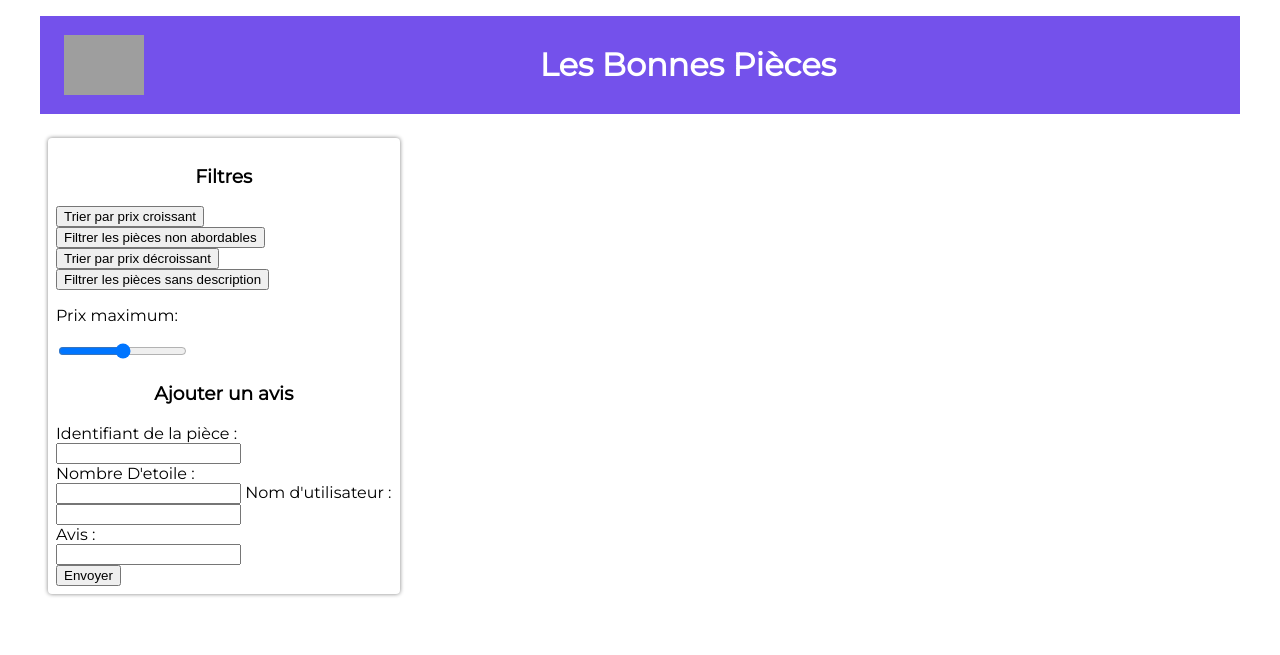
Repository: khadyba/Javascrip
Page: 7697016-Front-End.1/index.html
These files come from the project's save history. The page is drawn as it stood at one moment and after a run of saves; the edit follows.
The browser window is 1280 px wide. The pictures show the whole page.
Pictures or frames that could not be fetched are drawn as grey boxes. The page's requests for data from a server got no answer.

Above is the page before, as saved 2024-09-18 14:51:56.

### 7697016-Front-End.1/index.html
<!DOCTYPE html>
<html lang="fr">
	<head>
		<meta charset="utf-8">
		<title>Les Bonnes Pièces</title>
		<link rel="stylesheet" href="styles.css">
		<script type="module" src="pieces.js"></script>
	</head>
	<body>
		<header>
			<img src="images/logo-les-bonnes-pieces.png" alt="LOGO">
			<h1>Les Bonnes Pièces</h1>
		</header>
		<main>
			<!-- Menu de recherche -->
			<section class="filtres">
				<h3>Filtres</h3>
				<button class="btn-trier">Trier par prix croissant</button>
				<br>
				<button class="btn-filtrer">Filtrer les pièces non abordables</button>
				<br>
				<button class="btn-decroissant">Trier par prix décroissant</button>
				<br>
				<button class="btn-nodesc">Filtrer les pièces sans description</button>
				<br>
				<p>Prix maximum:</p>
				<input type="range" name="prix-max" id="prix-max" min="0" max="60" step="5">
				<!-- code a ajouter -->
				<h3>Ajouter un avis</h3>
				<form class="formulaire-avis">
					Identifiant de la pièce :<br>
					<input type="number" name="piece-id"><br>
					Nombre D'etoile : <br>
					<input type="number" name="etoile">
					Nom d'utilisateur :<br>
					<input type="text" name="utilisateur"><br>
					Avis :<br>
					<input type="text" name="commentaire"><br>
					<button>Envoyer</button>
				</form>
			</section>

			<!-- Fiches produits -->
			<section class="fiches">
				<!-- Code ajouté -->
				<div class="abordables">

				</div>
				<div class="disponibles">

				</div>
			</section>
		</main>
	</body>
</html>

### 7697016-Front-End.1/styles.css
@import url('https://fonts.googleapis.com/css2?family=Montserrat&display=swap');

body {
	max-width: 1200px;
	margin: auto;
	padding: 16px;
	font-family: 'Montserrat', sans-serif;
}

header {
	display: flex;
	flex-direction: row;
	align-items: center;
	margin-bottom: 16px;
	padding: 8px;
	background-color: #7451eb;
	text-align: center;
	color: white;
}
header img {
	height: 60px;
	margin-left: 1rem;
}
header h1 {
	flex-grow: 1;
}

main {
	display: flex;
	flex-direction: row;
}

.filtres {
	border-radius: 4px;
	box-shadow: 0px 0px 4px gray;
	margin: 8px;
	padding: 8px;
	min-width: 300px;
	min-height: 400px;
}
.filtres h3 {
	text-align: center;
}

.fiches {
	flex: 1;
	margin: 8px;
	display: grid;
	grid-template-columns: repeat(3, 1fr);
	gap: 4px;
}
.fiches article {
	border: 1px solid black;
	padding: 4px;
}
.fiches article img {
	display: block;
	margin-left: auto;
	margin-right: auto;
	max-width: 200px;
}
.fiches article p {
	margin-top: 4px;
	margin-bottom: 4px;
}
.fiches article h2 {
	text-align: center;
}

### 7697016-Front-End.1/pieces.js
import { ajoutListenersAvis, ajoutListenerEnvoyerAvis } from "./avis.js";

// Récupération des pièces depuis le fichier JSON
const reponse = await fetch('http://localhost:8081/pieces');
const pieces = await reponse.json();

function genererPieces(pieces){
    for (let i = 0; i < pieces.length; i++) {

        const article = pieces[i];
        // Récupération de l'élément du DOM qui accueillera les fiches
        const sectionFiches = document.querySelector(".fiches");
        // Création d’une balise dédiée à une pièce automobile
        const pieceElement = document.createElement("article");
        // Création des balises
        const imageElement = document.createElement("img");
        imageElement.src = article.image;
        const nomElement = document.createElement("h2");
        nomElement.innerText = article.nom;
        const prixElement = document.createElement("p");
        prixElement.innerText = `Prix: ${article.prix} € (${article.prix < 35 ? "€" : "€€€"})`;
        const categorieElement = document.createElement("p");
        categorieElement.innerText = article.categorie ?? "(aucune catégorie)";
        const descriptionElement = document.createElement("p");
        descriptionElement.innerText = article.description ?? "Pas de description pour le moment.";
        const stockElement = document.createElement("p");
        stockElement.innerText = article.disponibilite ? "En stock" : "Rupture de stock";
        //Code ajouté
        const avisBouton = document.createElement("button");
        avisBouton.dataset.id = article.id;
        avisBouton.textContent = "Afficher les avis";

        // On rattache la balise article a la section Fiches
        sectionFiches.appendChild(pieceElement);
        pieceElement.appendChild(imageElement);
        pieceElement.appendChild(nomElement);
        pieceElement.appendChild(prixElement);
        pieceElement.appendChild(categorieElement);
        pieceElement.appendChild(descriptionElement);
        pieceElement.appendChild(stockElement);
        //Code aJouté
        pieceElement.appendChild(avisBouton);

     }
     ajoutListenersAvis();
     ajoutListenerEnvoyerAvis()
}

genererPieces(pieces);

 //gestion des bouttons
const boutonTrier = document.querySelector(".btn-trier");

boutonTrier.addEventListener("click", function () {
    const piecesOrdonnees = Array.from(pieces);
    piecesOrdonnees.sort(function (a, b) {
        return a.prix - b.prix;
     });
     document.querySelector(".fiches").innerHTML = "";
    genererPieces(piecesOrdonnees);
});

const boutonFiltrer = document.querySelector(".btn-filtrer");

boutonFiltrer.addEventListener("click", function () {
    const piecesFiltrees = pieces.filter(function (piece) {
        return piece.prix <= 35;
    });
    document.querySelector(".fiches").innerHTML = "";
    genererPieces(piecesFiltrees);
});

//Correction Exercice
const boutonDecroissant = document.querySelector(".btn-decroissant");

boutonDecroissant.addEventListener("click", function () {
    const piecesOrdonnees = Array.from(pieces);
    piecesOrdonnees.sort(function (a, b) {
        return b.prix - a.prix;
     });
     document.querySelector(".fiches").innerHTML = "";
    genererPieces(piecesOrdonnees);
});

const boutonNoDescription = document.querySelector(".btn-nodesc");

boutonNoDescription.addEventListener("click", function () {
    const piecesFiltrees = pieces.filter(function (piece) {
        return piece.description
    });
    document.querySelector(".fiches").innerHTML = "";
    genererPieces(piecesFiltrees);
});

const noms = pieces.map(piece => piece.nom);
for(let i = pieces.length -1 ; i >= 0; i--){
    if(pieces[i].prix > 35){
        noms.splice(i,1);
    }
}
console.log(noms)
//Création de l'en-tête

const pElement = document.createElement('p')
pElement.innerText = "Pièces abordables";
//Création de la liste
const abordablesElements = document.createElement('ul');
//Ajout de chaque nom à la liste
for(let i=0; i < noms.length ; i++){
    const nomElement = document.createElement('li');
    nomElement.innerText = noms[i];
    abordablesElements.appendChild(nomElement);
}
// Ajout de l'en-tête puis de la liste au bloc résultats filtres
document.querySelector('.abordables')
    .appendChild(pElement)
    .appendChild(abordablesElements);

//Code Exercice
const nomsDisponibles = pieces.map(piece => piece.nom)
const prixDisponibles = pieces.map(piece => piece.prix)

for(let i = pieces.length -1 ; i >= 0; i--){
    if(pieces[i].disponibilite === false){
        nomsDisponibles.splice(i,1);
        prixDisponibles.splice(i,1);
    }
}

const disponiblesElement = document.createElement('ul');

for(let i=0 ; i < nomsDisponibles.length ; i++){
    const nomElement = document.createElement('li');
    nomElement.innerText = `${nomsDisponibles[i]} - ${prixDisponibles[i]} €`
    disponiblesElement.appendChild(nomElement);
}

const pElementDisponible = document.createElement('p')
pElementDisponible.innerText = "Pièces disponibles:";
document.querySelector('.disponibles').appendChild(pElementDisponible).appendChild(disponiblesElement)

const inputPrixMax = document.querySelector('#prix-max')
inputPrixMax.addEventListener('input', function(){
    const piecesFiltrees = pieces.filter(function(piece){
        return piece.prix <= inputPrixMax.value;
    });
    document.querySelector(".fiches").innerHTML = "";
    genererPieces(piecesFiltrees);
})

### 7697016-Front-End.1/avis.js
export function ajoutListenersAvis() {

    const piecesElements = document.querySelectorAll(".fiches article button");

    for (let i = 0; i < piecesElements.length; i++) {

     piecesElements[i].addEventListener("click", async function (event) {


      const id = event.target.dataset.id;
    //   on stok la reponse dans une constante
      const  reponse = await fetch("http://localhost:8081/pieces/" + id + "/avis");
    //   nous reconstituons  les donner en memoir   grace a la methode json
      const avis = await reponse.json();
    //   on les ajout au dom en recupérent l'element parent
      const pieceElement = event.target.parentElement;
    //   nous créeons l'element p
      const avisElement = document.createElement("p");
    //   nous remplissons la balise html p en parcourant les avis et en ajoutant le nom de l'utilisateur et son commentaire
      for (let i = 0; i < avis.length; i++) {
         avisElement.innerHTML += `${avis[i].utilisateur}: ${avis[i].commentaire} <br>`;
      }
    //   nous ratachons l'element p au parent récuperer précedement
      pieceElement.appendChild(avisElement);

     });

    }

 }

 export function ajoutListenerEnvoyerAvis() {
    const formulaireAvis = document.querySelector(".formulaire-avis");
    formulaireAvis.addEventListener("submit", function (event) {
        // Désactivation du comportement par défaut du navigateur
        event.preventDefault();
    // Création de l’objet du nouvel avis.
        const avis = {
            pieceId: parseInt(event.target.querySelector("[name=piece-id]").value),
            utilisateur: event.target.querySelector("[name=utilisateur").value,
            commentaire: event.target.querySelector("[name=commentaire]").value,
        };
        // Création de la charge utile au format JSON
        const chargeUtile = JSON.stringify(avis);

        // Appel de la fonction fetch avec toutes les informations nécessaires
        fetch("http://localhost:8081/avis", {
            method: "POST",
            headers: { "Content-Type": "application/json" },
            body: chargeUtile
        });

    });

 }

After the next 2 saves:
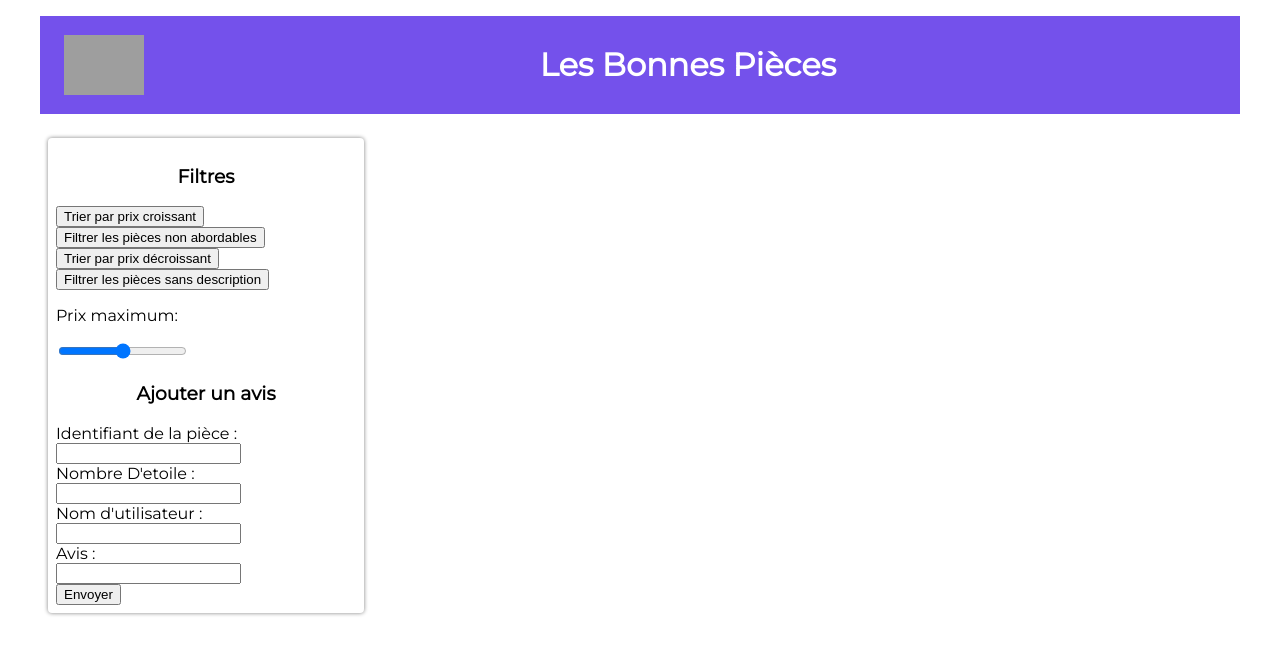
The 2 saves are shown as one change because they came seconds apart.
The last was saved 11 s later.
--- a/7697016-Front-End.1/index.html
+++ b/7697016-Front-End.1/index.html
@@ -30,8 +30,9 @@
 				<form class="formulaire-avis">
 					Identifiant de la pièce :<br>
 					<input type="number" name="piece-id"><br>
+
 					Nombre D'etoile : <br>
-					<input type="number" name="etoile">
+					<input type="number" name="etoile"><br>
 					Nom d'utilisateur :<br>
 					<input type="text" name="utilisateur"><br>
 					Avis :<br>
